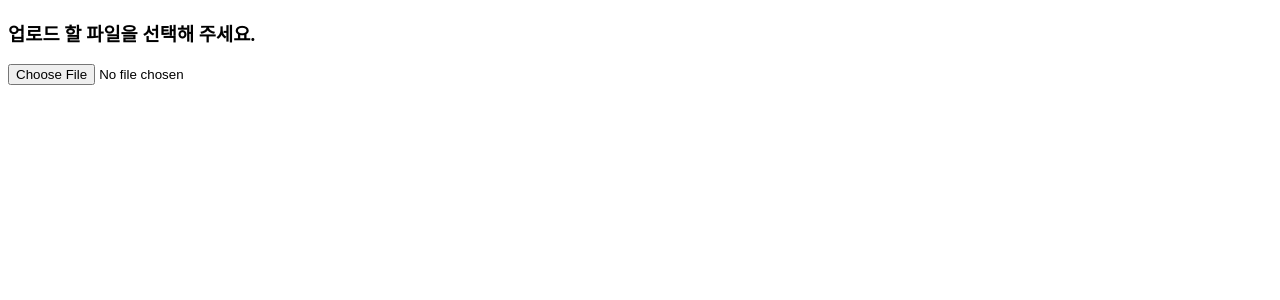
Repository: yw-son/yw-son
Page: http://localhost/pro15/upload.jsp
The author's editor kept a copy of each file at every save. The page is drawn from the files as they stood at one save, then again after the next save.
The browser window is 1280 px wide. The pictures show the whole page.
The page is served by Tomcat 9.

Above is the page before, as saved 2023-06-16 07:09:15.

After the next save:
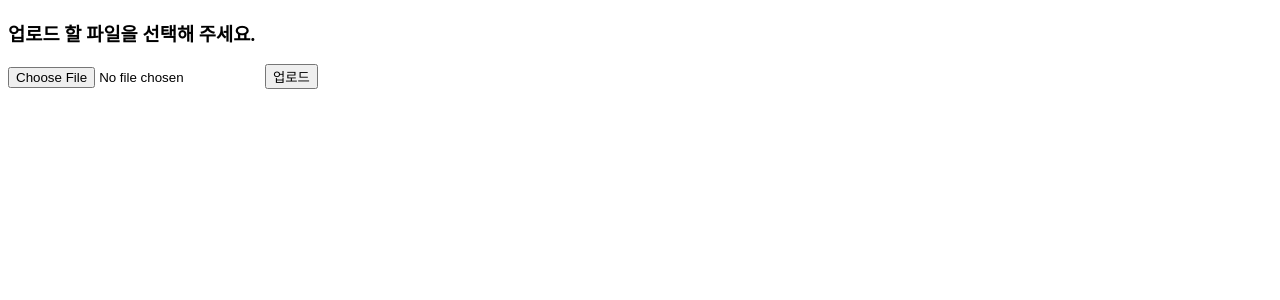
Saved 27 s later.
--- a/pro15/src/main/webapp/upload.jsp
+++ b/pro15/src/main/webapp/upload.jsp
@@ -17,7 +17,8 @@
 		 -->
 
 	<form action="upload" method="post" enctype="multipart/form-data">
-		<input type="file">
+		<input type="file" name="file">
+		<input type="submit" value="업로드">
 	</form>
 </body>
 </html>
